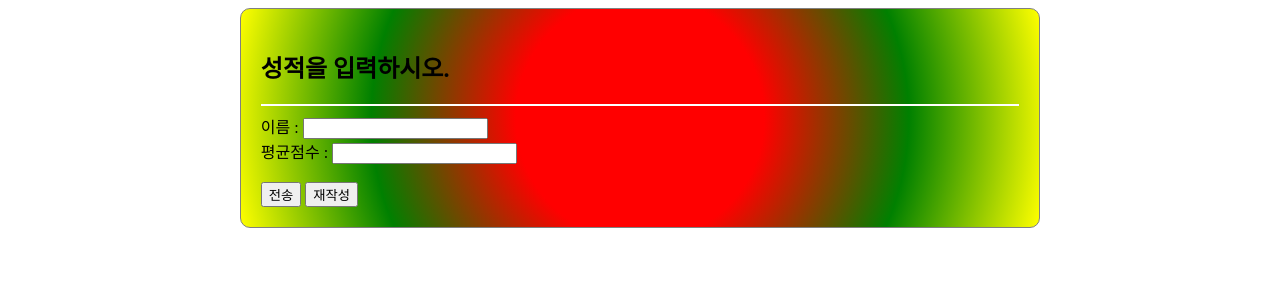
Repository: kdg0109/multicampus_course
Page: web course/workspace_web/mvc/WebContent/htmlexam/eduForm.html
The author's editor kept a copy of each file at every save. The page is drawn from the files as they stood at one save, then again after the next save.
The browser window is 1280 px wide. The pictures show the whole page.

Above is the page before, as saved 2018-02-09 01:21:53.

### web course/workspace_web/mvc/WebContent/htmlexam/eduForm.html
<!DOCTYPE html>
<html>
<head>
<meta charset="UTF-8">
<title>Insert title here</title>
<style>

	hr {
		border : solid 1px white;
	}
	#article1 {
		width : 60%;
		margin: auto;
		background: radial-gradient(circle, red 30%, green, yellow);
		padding: 20px;
		border-radius: 10px 10px 10px 10px;
		border : solid 1px grey;
	}
</style>
</head>
<body>
	<article id="article1">
		<h1>성적을 입력하시오.</h1>
		<hr>
		<form method="post" action="/mvc/visitor" >
			이름 : <input type="text" name = "name" required><br/>
			평균점수 : <input type="number" name = "number" required><br/><br>
	      <input type="submit" name="ok" value="전송">
	      <input type="reset" name="clear" value="재작성"><br>
		</form>
	</article>
</body>
</html>

After the next save:
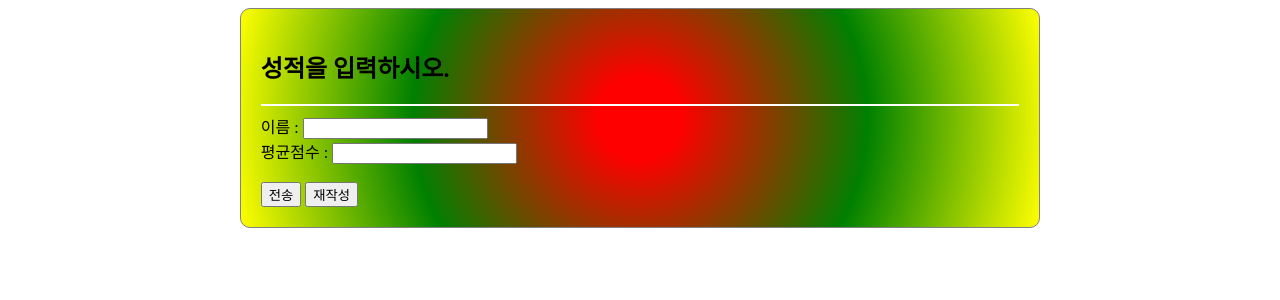
Saved 6 s later.
--- a/web course/workspace_web/mvc/WebContent/htmlexam/eduForm.html
+++ b/web course/workspace_web/mvc/WebContent/htmlexam/eduForm.html
@@ -11,7 +11,7 @@
 	#article1 {
 		width : 60%;
 		margin: auto;
-		background: radial-gradient(circle, red 30%, green, yellow);
+		background: radial-gradient(circle, red 10%, green, yellow);
 		padding: 20px;
 		border-radius: 10px 10px 10px 10px;
 		border : solid 1px grey;
